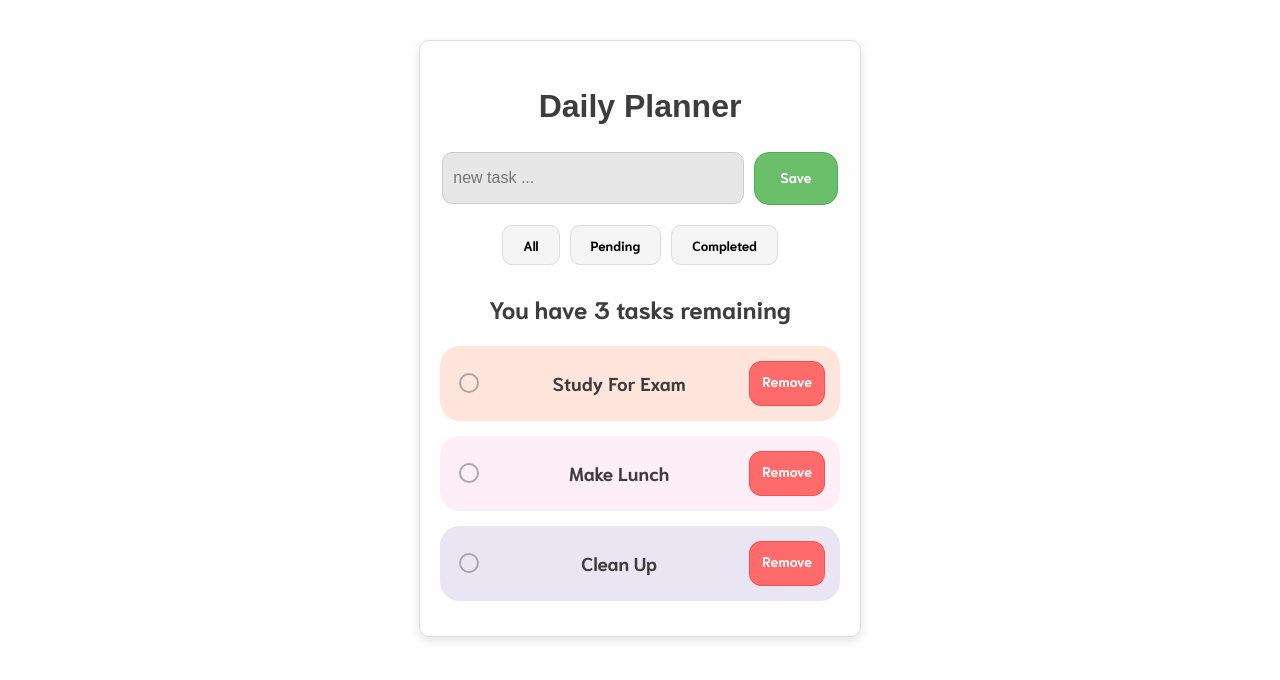
Repository: Zalida-Khan/Frontend-Lab4
Page: /
The author's editor kept a copy of each file at every save. The page is drawn from the files as they stood at one save, then again after the next save.
The browser window is 1280 px wide. The pictures show the whole page.
Some web fonts or font styles are not loaded; a fallback is used. The project was rebuilt for these pictures with package versions that can differ from the ones it lists, and the page was loaded fresh each time. Also part of the build but not shown: vite.config.js.

Above is the page before, as saved 2024-10-29 22:59:38.

After the next save:
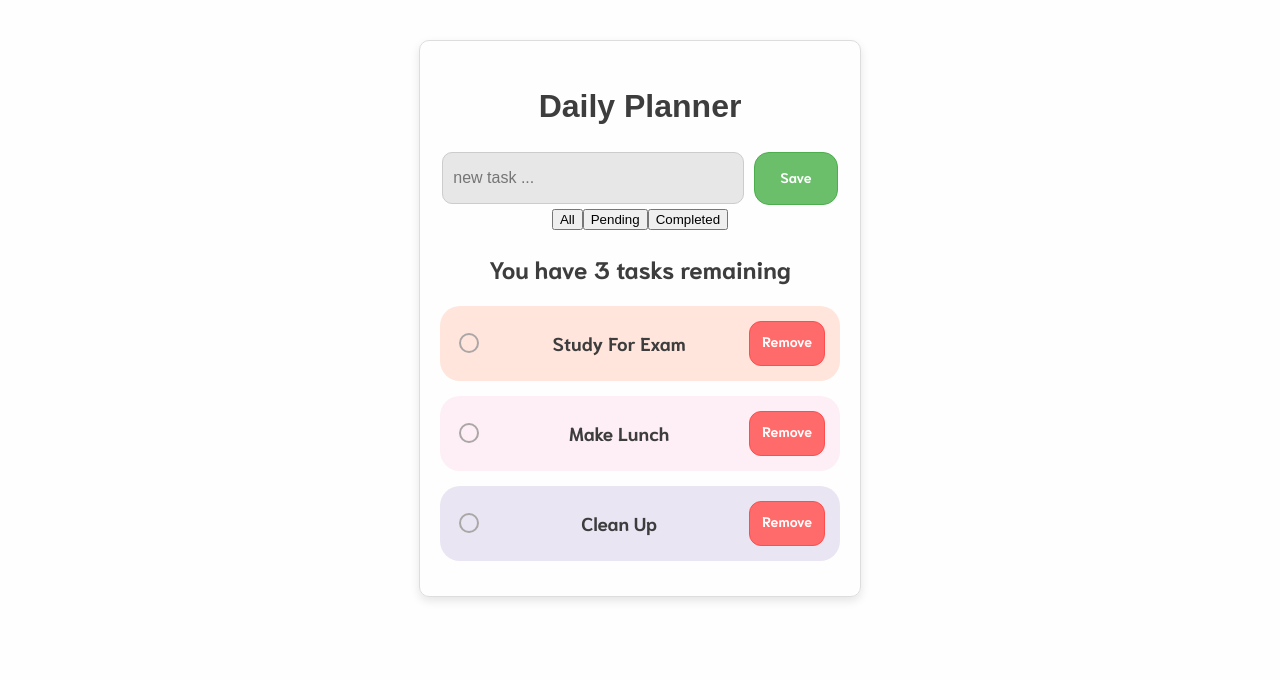
Saved 77 s later.
--- a/src/App.css
+++ b/src/App.css
@@ -110,11 +110,6 @@
   color: #3d3d3d;
 }
 
-.checkmark:disabled {
-  cursor: not-allowed;
-  background-color: #d3d3d3;
-  border-color: #d3d3d3;
-}
 
 .delete-btn {
   padding: 10px 12px;
@@ -167,27 +162,3 @@
 .input-field:focus {
   border-color: #000000;
 }
-
-.filter-buttons {
-  margin-top: 15px;
-}
-
-.filter-buttons button {
-  padding: 10px 20px;
-  border: 1px solid #ddd;
-  border-radius: 10px;
-  background-color: #f5f5f5;
-  font-family: "Niramit", sans-serif;
-  cursor: pointer;
-  transition: background-color 0.3s, color 0.3s;
-  margin: 5px;
-}
-
-.filter-buttons button:hover {
-  background-color: #ddd;
-}
-
-.filter-buttons .active {
-  background-color: #3d3d3d;
-  color: white;
-}

After the 6 saves that followed:
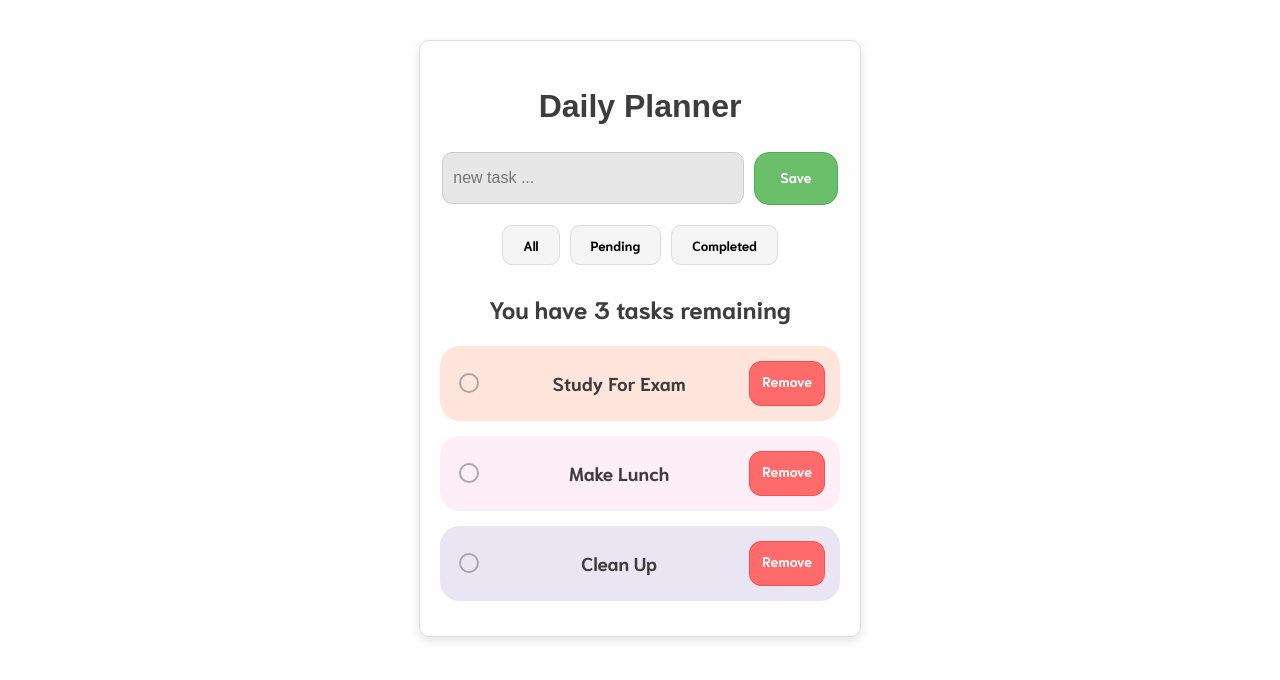
The 6 saves are shown as one change because 2 left the picture as it was and some came seconds apart.
The last was saved 87 s later.
--- a/src/App.css
+++ b/src/App.css
@@ -110,6 +110,11 @@
   color: #3d3d3d;
 }
 
+.checkmark:disabled {
+  cursor: not-allowed;
+  background-color: #d3d3d3;
+  border-color: #d3d3d3;
+}
 
 .delete-btn {
   padding: 10px 12px;
@@ -162,3 +167,27 @@
 .input-field:focus {
   border-color: #000000;
 }
+
+.filter-buttons {
+  margin-top: 15px;
+}
+
+.filter-buttons button {
+  padding: 10px 20px;
+  border: 1px solid #ddd;
+  border-radius: 10px;
+  background-color: #f5f5f5;
+  font-family: "Niramit", sans-serif;
+  cursor: pointer;
+  transition: background-color 0.3s, color 0.3s;
+  margin: 5px;
+}
+
+.filter-buttons button:hover {
+  background-color: #ddd;
+}
+
+.filter-buttons .active {
+  background-color: #3d3d3d;
+  color: white;
+}
